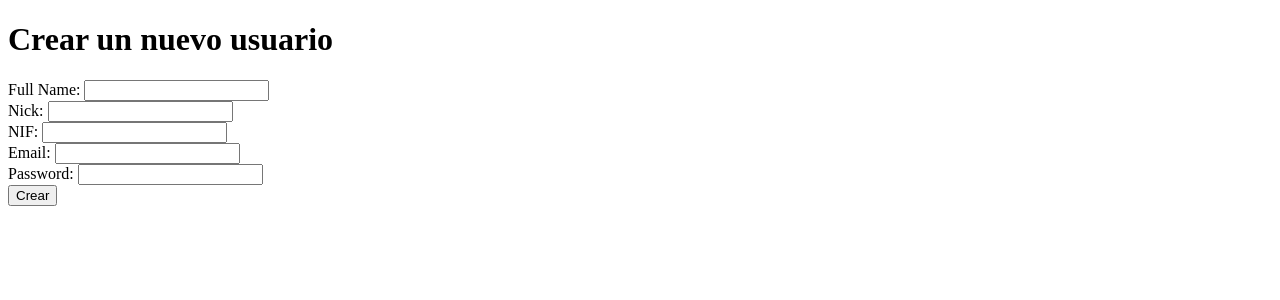
Repository: VinnySil/membresia
Page: http://localhost/users/create
These files come from the project's save history. The page is drawn as it stood at one moment and after the next save; the edit follows.
The browser window is 1280 px wide. The pictures show the whole page.
The page is served by the project's Laravel application, run on PHP 8.4 with Laravel 12. Other server files are loaded and not shown.

Above is the page before, as saved 2024-12-06 19:37:35.

### routes/web.php
<?php

use App\Http\Controllers\UserController;
use Illuminate\Support\Facades\Route;

Route::get('/', function () {
    return view('welcome');
});

//Endpoint para el crud de usuarios
Route::resource('users', UserController::class);

### app/Http/Controllers/UserController.php
<?php

namespace App\Http\Controllers;

use App\Models\User;
use Illuminate\Http\Request;

class UserController extends Controller
{
    /**
     * Display a listing of the resource.
     */
    public function index()
    {
        $users = User::all();
        return view('users.index', compact('users'));
    }

    /**
     * Show the form for creating a new resource.
     */
    public function create()
    {
        return view('users.create');
    }

    /**
     * Store a newly created resource in storage.
     */
    public function store(Request $request)
    {
        //validar los datos que llegan desde el fronted
        $validated = $request->validate([
            'fullname' => 'required|max:100',
            'nick' => 'required|unique:users|max:50',
            'nif' => 'required|unique|min:10|max:10',
            'email' => 'required|unique|max:255',
            'password' => 'required|max:255'
        ]);
    }

    /**
     * Display the specified resource.
     */
    public function show(User $user)
    {
        //
    }

    /**
     * Show the form for editing the specified resource.
     */
    public function edit(User $user)
    {
        //
    }

    /**
     * Update the specified resource in storage.
     */
    public function update(Request $request, User $user)
    {
        //
    }

    /**
     * Remove the specified resource from storage.
     */
    public function destroy(User $user)
    {
        //
    }
}

### resources/views/users/create.blade.php
<!DOCTYPE html>
<html lang="en">
<head>
    <meta charset="UTF-8">
    <meta name="viewport" content="width=device-width, initial-scale=1.0">
    <meta http-equiv="X-UA-Compatible" content="ie=edge">
    <title>Crear nuevo usuario</title>
</head>
<body>
    <h1>Crear un nuevo usuario</h1>

    <form action="{{ route('users.store') }}">
        <label for="fullname">Full Name:</label>
        <input type="text" name="fullname" value="{{ old('fullname') }}"><br>
        <label for="nick">Nick:</label>
        <input type="text" name="nick" value="{{ old('nick') }}"><br>
        <label for="nif">NIF:</label>
        <input type="text" name="nif" value="{{ old('nif') }}"><br>
        <label for="email">Email:</label>
        <input type="email" name="email" value="{{ old('email') }}"><br>
        <label for="password">Password:</label>
        <input type="password" name="password" value="{{ old('password') }}"><br>
        <label for="bornDate"></label>

        <button type="submit">Crear</button>
    </form>
</body>
</html>

Loaded but not shown: app/Http/Controllers/Controller.php (common file)

After the next save:
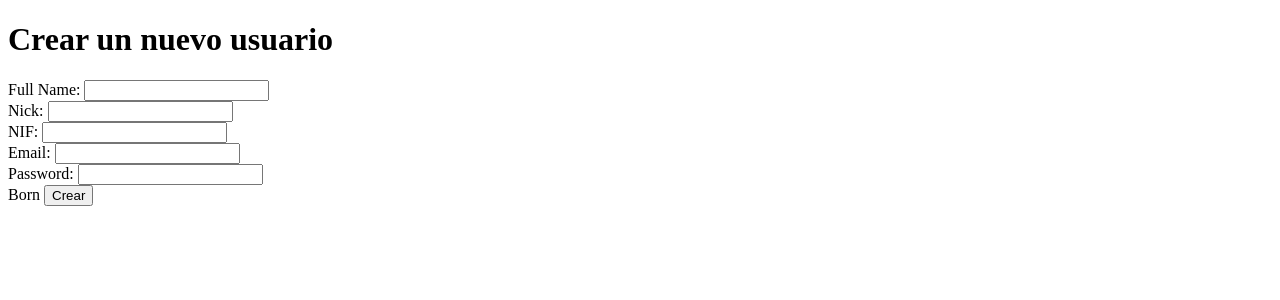
Saved 5 s later.
--- a/resources/views/users/create.blade.php
+++ b/resources/views/users/create.blade.php
@@ -20,7 +20,7 @@
         <input type="email" name="email" value="{{ old('email') }}"><br>
         <label for="password">Password:</label>
         <input type="password" name="password" value="{{ old('password') }}"><br>
-        <label for="bornDate"></label>
+        <label for="bornDate">Born</label>
 
         <button type="submit">Crear</button>
     </form>
